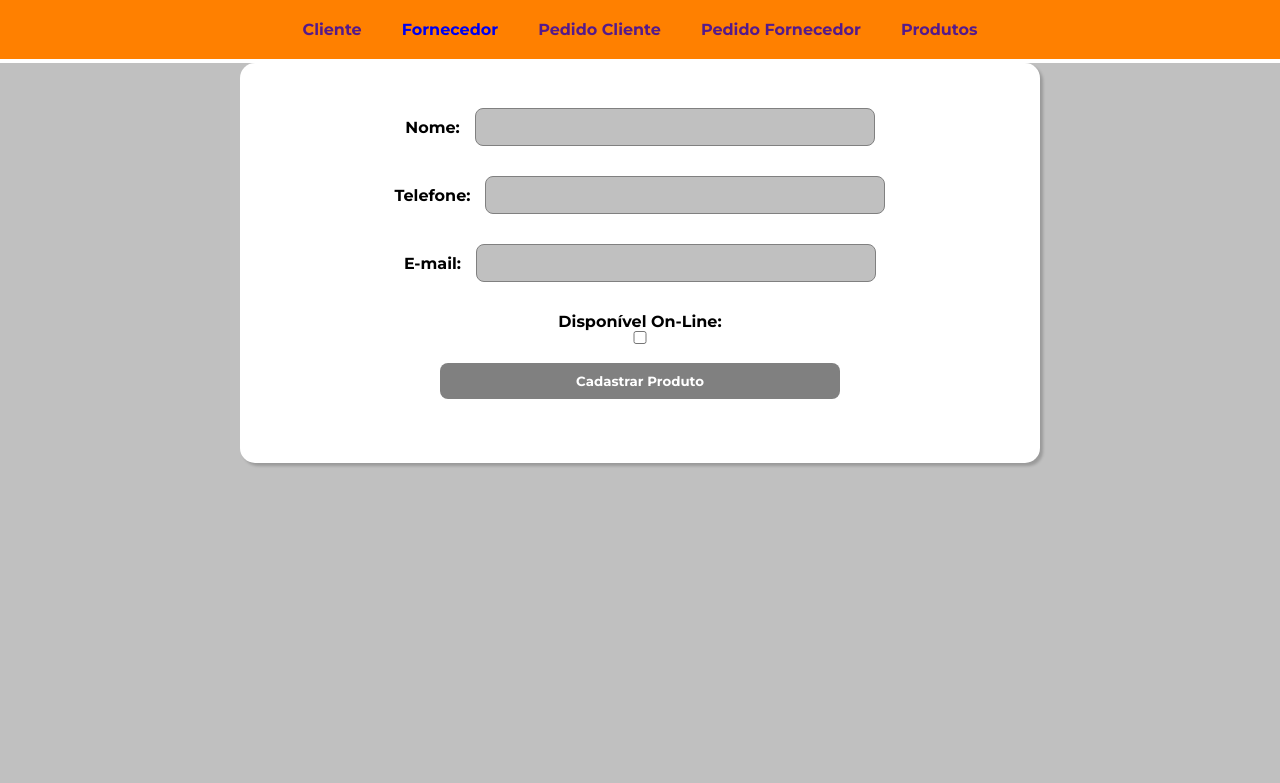
Repository: walterdmp/JavaWeb_BartoBotinas
Page: http://localhost/BartoBotinas/cadastrarFornecedor.jsp
These files come from the project's save history. The page is drawn as it stood at one moment and after the next save; the edit follows.
The browser window is 1280 px wide. The pictures show the whole page.
The page is served by Tomcat 9. Other server files are loaded and not shown.

Above is the page before, as saved 2024-07-30 18:08:14.

### BartoBotinas/WebContent/cadastrarFornecedor.jsp
<%@ page language="java" contentType="text/html; charset=ISO-8859-1"
	pageEncoding="ISO-8859-1"%>
<!DOCTYPE html>
<html>
<head>
<link rel="stylesheet" href="css/estilo.css">

<meta charset="ISO-8859-1">
<title>Bartô Botinas</title>
</head>
<body>
	<nav class="bartoNav">
		<ul>
			<li><a href="">Cliente</a></li>
			<li><a href="cadastrarFornecedor.jsp">Fornecedor</a></li>
			<li><a href="">Pedido Cliente</a></li>
			<li><a href="">Pedido Fornecedor</a></li>
			<li><a href="">Produtos</a></li>
		</ul>
	</nav>
	<main class="bartoMain">
		<form action="" method="post" class="bartoForm">
			<div>
				<label><strong>Nome:</strong></label><input type="text"
					name="nome">
			</div>
			<div>
				<label><strong>Telefone:</strong></label><input type="text"
					name="telefone">
			</div>
			<div>
				<label><strong>E-mail:</strong></label><input type="text"
					name="email">
			</div>

			<label><strong>Disponível On-Line:</strong></label><input
				type="checkbox" name="online">
			<br>
			<div>
				<input id="bartoButton" type="submit" name="salvar"
					value="Cadastrar Produto">
			</div>
		</form>
	</main>
</body>
</html>

### BartoBotinas/WebContent/css/estilo.css
@charset "ISO-8859-1";

@import
	url('https://fonts.googleapis.com/css2?family=Montserrat:ital,wght@0,100;0,200;0,300;0,400;0,500;0,600;0,700;0,800;0,900;1,100;1,200;1,300;1,400;1,500;1,600;1,700;1,800;1,900&display=swap')
	;

* {
	margin: 0;
	padding: 0;
	box-sizing: border-box;
	text-decoration: none;
	list-style: none;
	font-family: 'Montserrat', sans-serif;
}

.bartoNav {
	width: 100vw;
}

.bartoMain {
	background-color: #c0c0c0;
	width: 100vw;
	height: 100vh;
}

.bartoNav ul {
	display: flex;
	flex-direction: row;
	gap: 40px;
	width: 100%;
	justify-content: center;
	padding: 20px;
	background-color: #ff8000;
	color: white;
	font-weight: bold;
}

.bartoForm {
	display: flex;
	flex-direction: column;
	padding: 45px;
	width: 800px;
	height: 400px;
	background-color: white;
	margin: 0 auto;
	margin-top: 4px;
	border-radius: 15px;
	box-shadow: 3px 3px 3px rgba(0, 0, 0, 0.2);
	width: 800px;
	align-items: center;
	align-self: center;
}

.bartoForm input {
	border-radius: 8px;
	border: 1px solid gray;
	width: 80px;
	padding: 10px;
	width: 400px;
	background-color: #c0c0c0;
}

.bartoForm div {
	display: flex;
	align-items: center;
	gap: 15px;
	margin-bottom: 30px;
	gap: 15px;
}

#bartoButton {
	background-color: #808080;
	border: none;
	color: white;
	font-weight: bold;
	cursor: pointer;
}

After the next save:
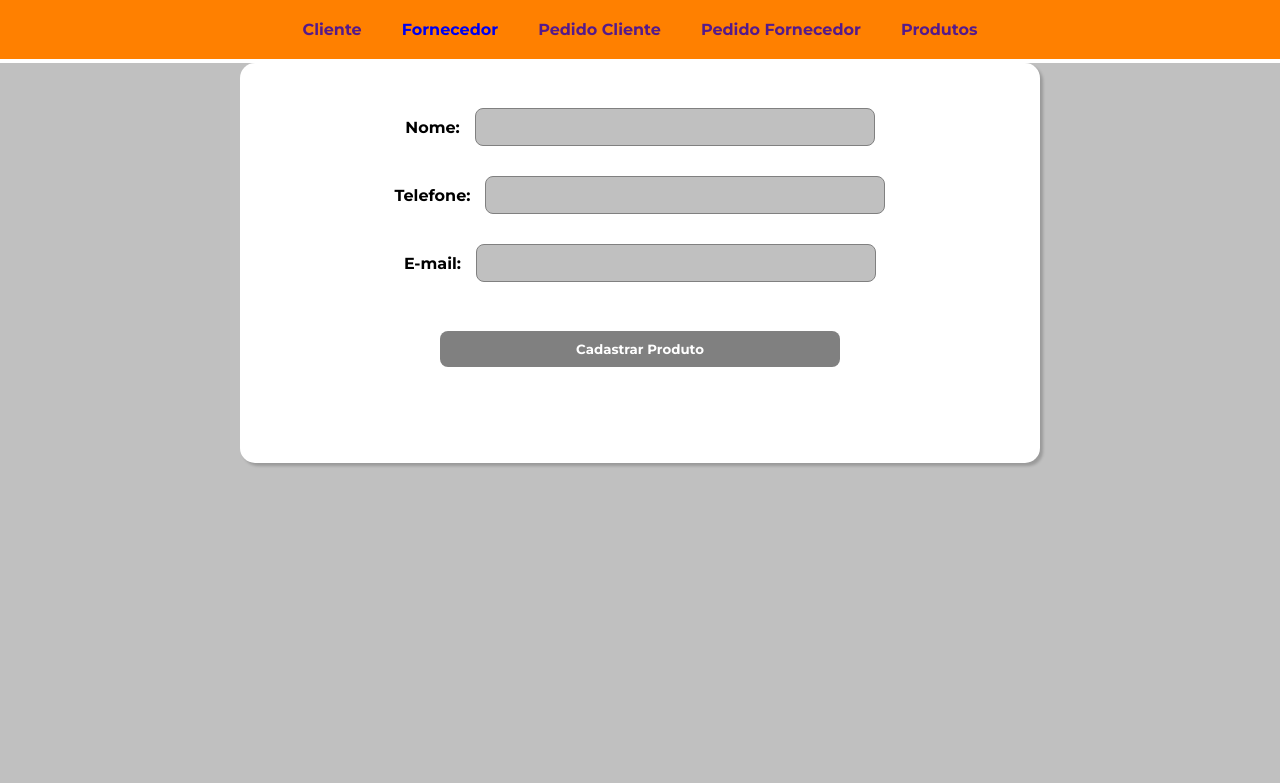
Saved 21 s later.
--- a/BartoBotinas/WebContent/cadastrarFornecedor.jsp
+++ b/BartoBotinas/WebContent/cadastrarFornecedor.jsp
@@ -33,8 +33,6 @@
 					name="email">
 			</div>
 
-			<label><strong>Disponível On-Line:</strong></label><input
-				type="checkbox" name="online">
 			<br>
 			<div>
 				<input id="bartoButton" type="submit" name="salvar"
